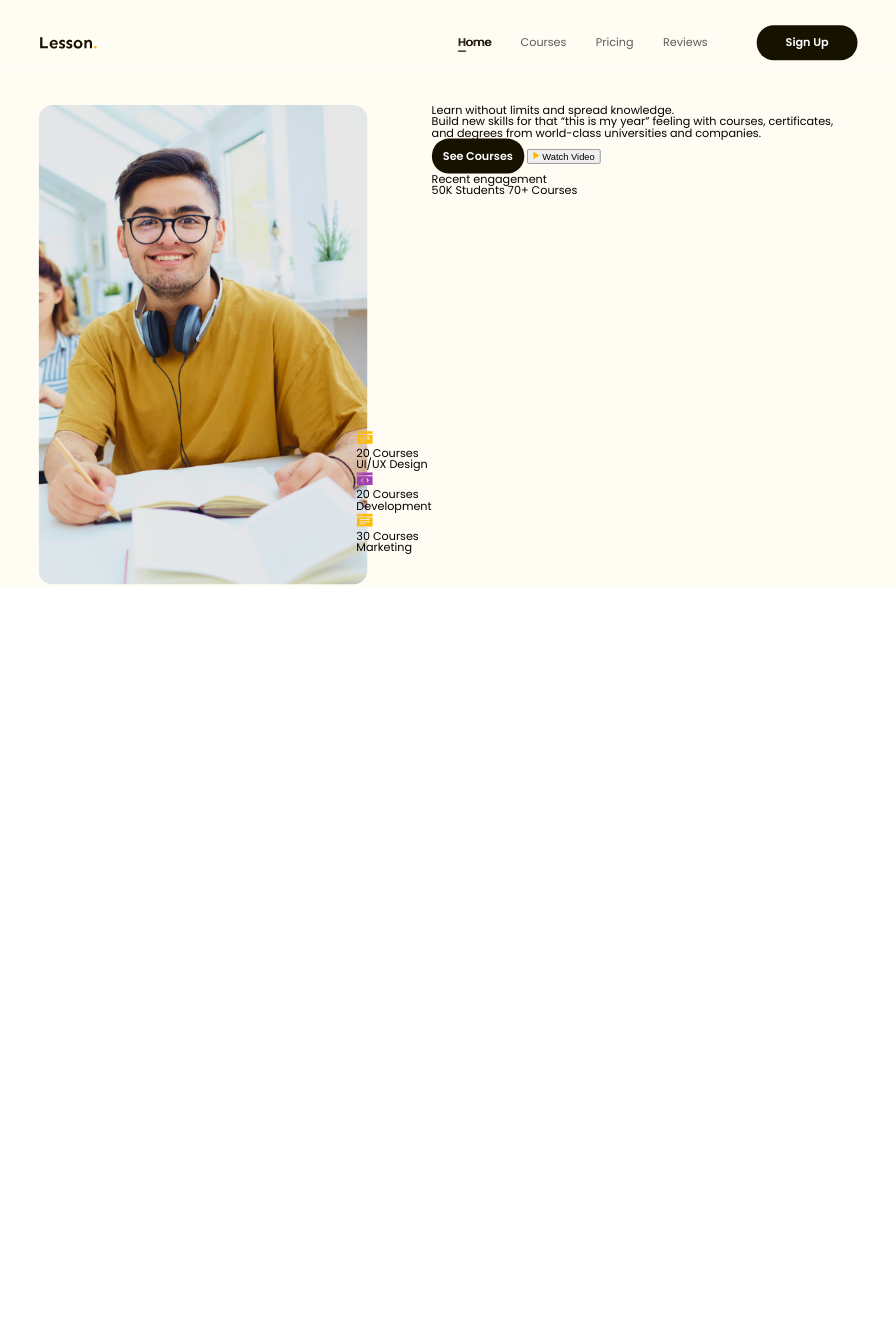
Repository: Tibi2003/f8-htmlcss-02
Page: index.html
An editor plug-in stored every save of this project. The page is shown before and after the next save, followed by the edit.
The browser window is 1280 px wide. The pictures show the part of the page from y = 0 to 1920 px (the page is 5000 px tall), at 70% of full size.

Above is the page before, as saved 2024-03-07 09:43:24.

After the next save:
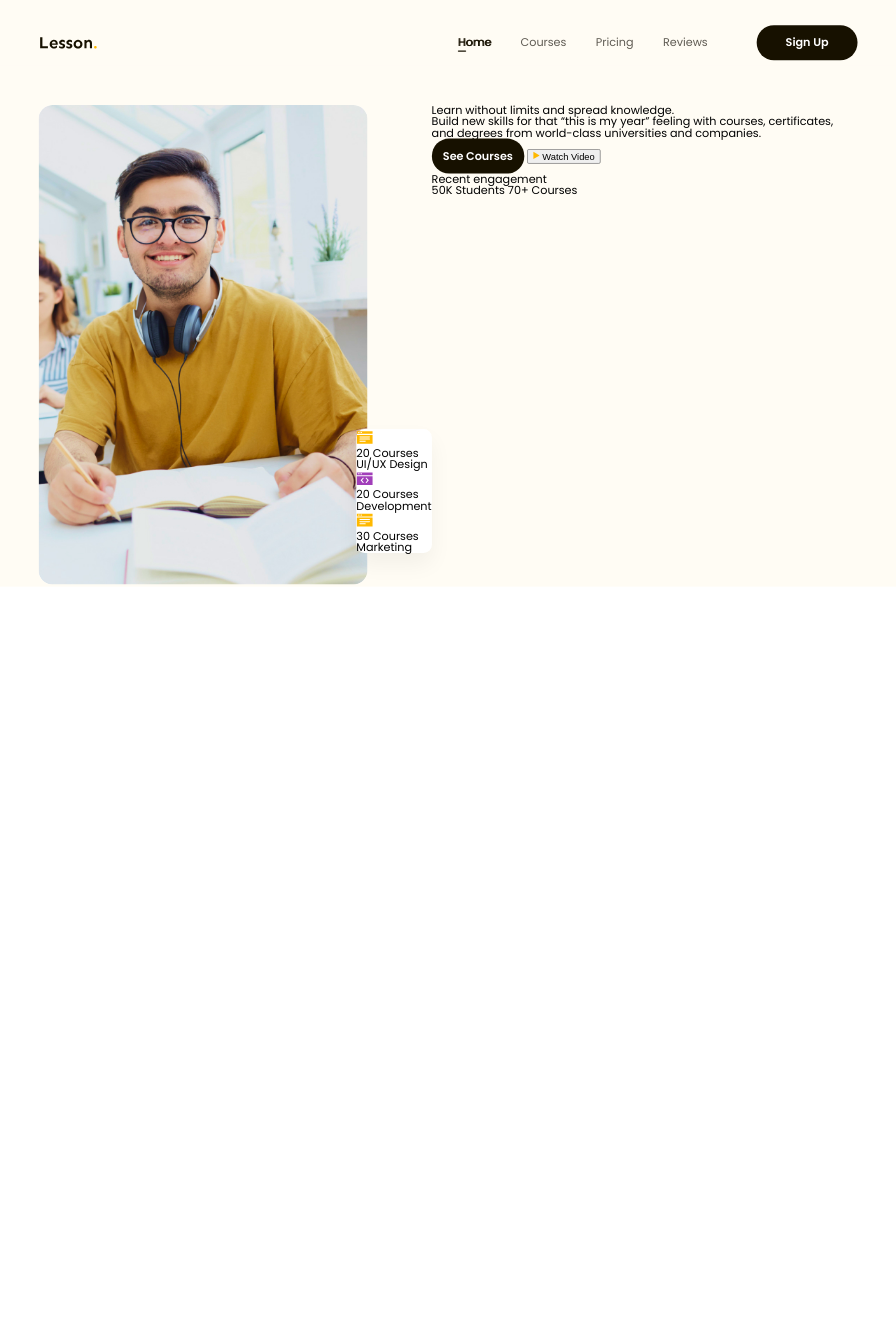
Saved 69 s later.
--- a/assets/css/styles.css
+++ b/assets/css/styles.css
@@ -120,6 +120,9 @@ a {
 	position: absolute;
 	right: 0;
 	bottom: 48px;
+	border-radius: 12px;
+	background: #fff;
+	box-shadow: 0px 16px 32px 0px rgba(0, 0, 0, 0.05);
 }
 
 .hero .content-block {
